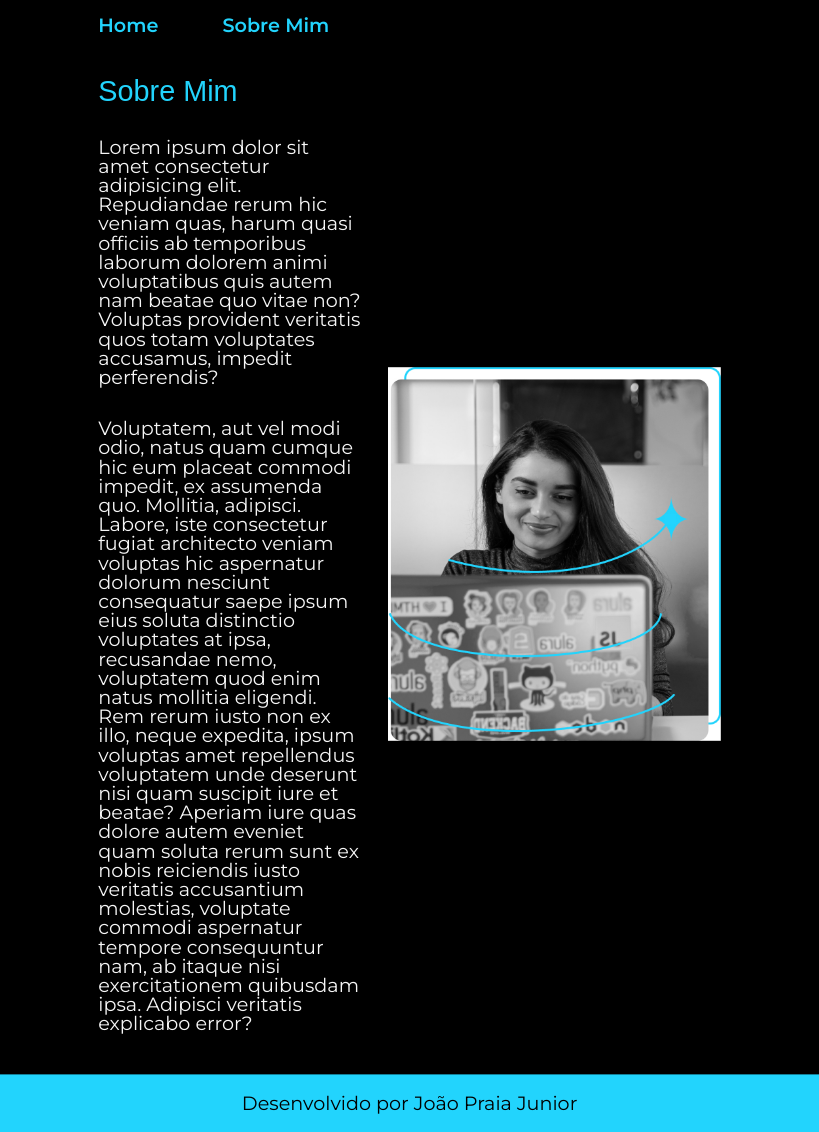
Repository: joaoPraiaJunior/html-basico
Page: about.html
The author's editor kept a copy of each file at every save. The page is drawn from the files as they stood at one save, then again after the next save.
The browser window is 1024 px wide. The pictures show the whole page, at 80% of full size.
Some web fonts or font styles are not loaded; a fallback is used. Some web libraries are served in a nearby version.

Above is the page before, as saved 2024-06-08 16:27:17.

After the next save:
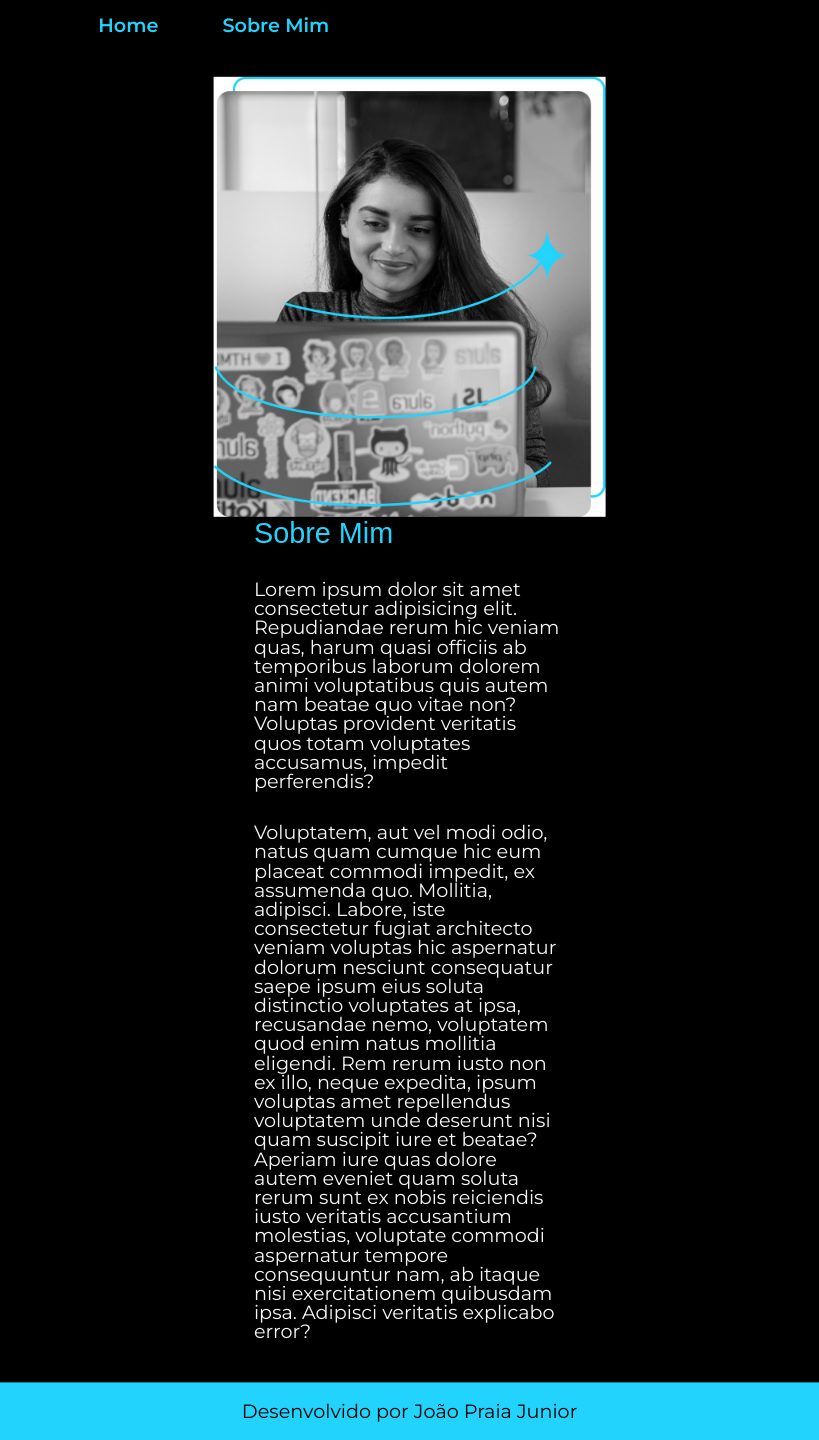
Saved 4 min 21 s later.
--- a/css/style.css
+++ b/css/style.css
@@ -126,8 +126,9 @@
   text-align: center;
 }
 
-@media(max-width: 1200px) {
-  .apresentcao {
+@media (max-width: 1200px) {
+  .apresentacao {
     flex-direction: column-reverse;
   }
+
 }
